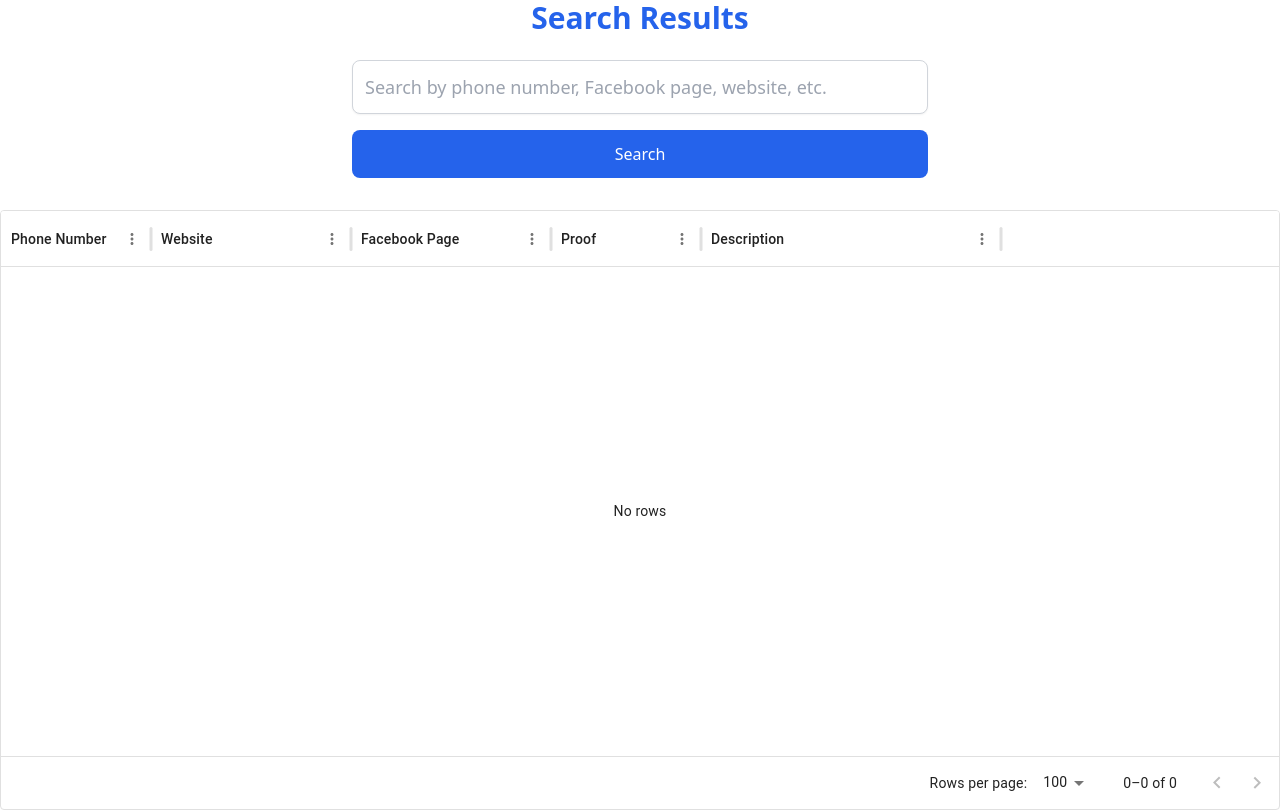
Repository: dev-athar/protarok
Page: /search
These files come from the project's save history. The page is drawn as it stood at one moment and after the next save; the edit follows.
The browser window is 1280 px wide. The pictures show the whole page.
The project was rebuilt for these pictures with package versions that can differ from the ones it lists, and the page was loaded fresh each time. Also part of the build but not shown: vite.config.ts, src/pages/RecentScamsList.tsx, src/pages/HomePage.tsx, src/pages/SubmitScamPage.tsx, src/pages/ImageUploader.tsx.

Above is the page before, as saved 2025-01-01 12:55:56.

After the next save:
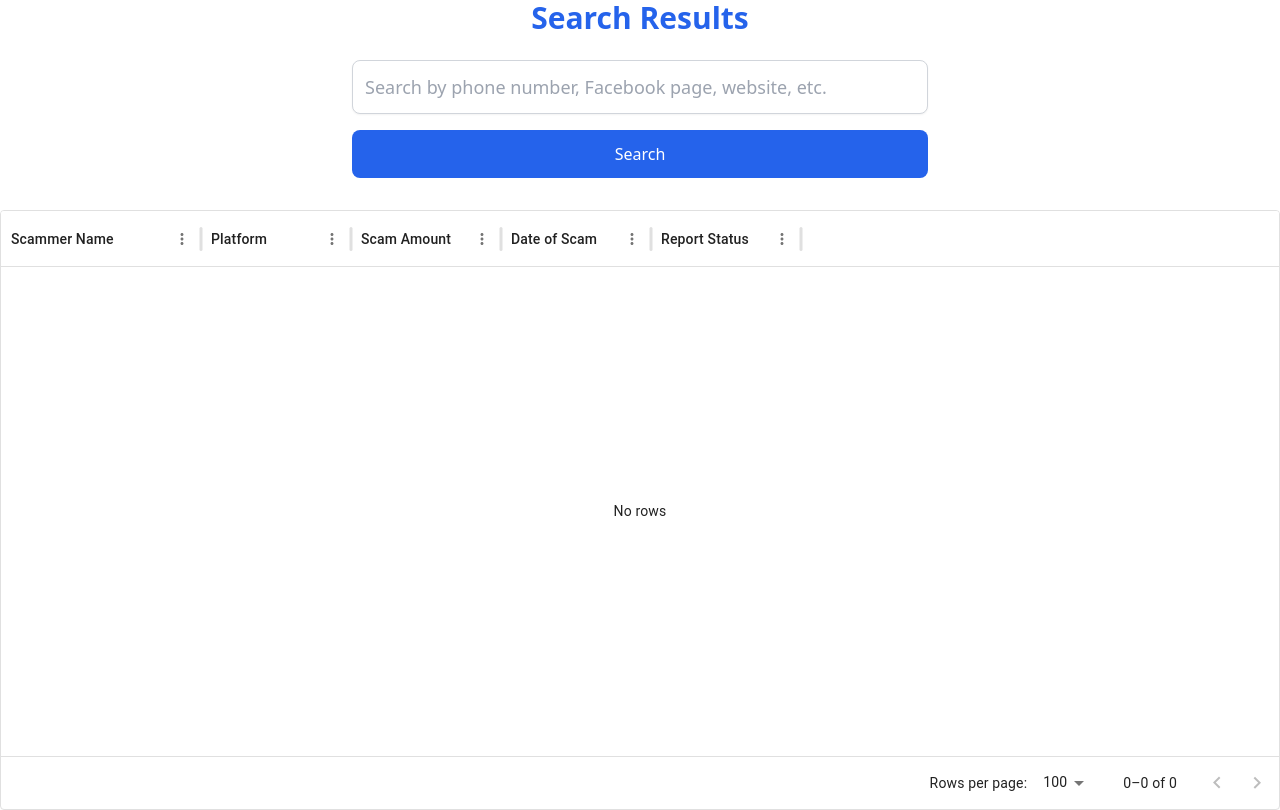
Saved 76 s later.
--- a/src/pages/SearchResultsPage.tsx
+++ b/src/pages/SearchResultsPage.tsx
@@ -5,7 +5,7 @@
 // reportStatus: "Pending",
 
 import React, { useState, useEffect } from "react";
-import { DataGrid, GridColDef, GridRenderCellParams } from "@mui/x-data-grid";
+import { DataGrid } from "@mui/x-data-grid";
 import { useLocation } from "react-router-dom";
 import SearchBar from "./SearchBar";
 import { supabase } from "../supabase"; // Ensure you have the supabase client setup
@@ -30,8 +30,10 @@ const SearchResultsPage = () => {
       try {
         const { data, error } = await supabase
           .from("scamReports")
-          .select("*")
-          .ilike("scamProfileName", `%${searchTerm}%`); // Case-insensitive search
+          .select(
+            "scamProfileName, platform, scamAmount, dateOfScam, reportStatus"
+          )
+          .ilike("scamProfileName", `%${searchTerm}%`);
 
         if (error) throw error;
 
@@ -52,53 +54,11 @@ const SearchResultsPage = () => {
   };
 
   const columns = [
-    { field: "phoneNumber", headerName: "Phone Number", width: 150 },
-    {
-      field: "website",
-      headerName: "Website",
-      width: 200,
-      renderCell: (params) => (
-        <a
-          href={params.value}
-          target="_blank"
-          rel="noopener noreferrer"
-          className="text-blue-500 underline"
-        >
-          {params.value}
-        </a>
-      ),
-    },
-    {
-      field: "facebookPage",
-      headerName: "Facebook Page",
-      width: 200,
-      renderCell: (params) => (
-        <a
-          href={params.value}
-          target="_blank"
-          rel="noopener noreferrer"
-          className="text-blue-500 underline"
-        >
-          {params.value}
-        </a>
-      ),
-    },
-    {
-      field: "proof",
-      headerName: "Proof",
-      width: 150,
-      renderCell: (params) => (
-        <a
-          href={params.value}
-          target="_blank"
-          rel="noopener noreferrer"
-          className="text-blue-500 underline"
-        >
-          Preview
-        </a>
-      ),
-    },
-    { field: "description", headerName: "Description", width: 300 },
+    { field: "scamProfileName", headerName: "Scammer Name", width: 200 },
+    { field: "platform", headerName: "Platform", width: 150 },
+    { field: "scamAmount", headerName: "Scam Amount", width: 150 },
+    { field: "dateOfScam", headerName: "Date of Scam", width: 150 },
+    { field: "reportStatus", headerName: "Report Status", width: 150 },
   ];
 
   return (
@@ -114,7 +74,7 @@ const SearchResultsPage = () => {
           pageSize={5}
           rowsPerPageOptions={[5, 10, 20]}
           loading={loading}
-          getRowId={(row) => row.id}
+          getRowId={(row) => row.scamProfileName}
           disableSelectionOnClick
         />
       </div>
